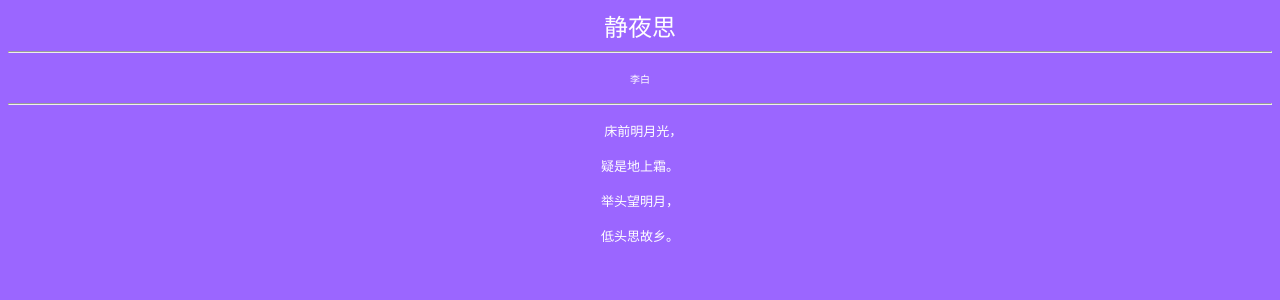
Repository: 13982720426/jsp-homework
Page: JSP实验课作业/JSP实验课1/sy2-4.html
These files come from the project's save history. The page is drawn as it stood at one moment and after the next save; the edit follows.
The browser window is 1280 px wide. The pictures show the whole page.

Above is the page before, as saved 2021-04-21 20:20:48.

### JSP实验课作业/JSP实验课1/sy2-4.html
<!DOCTYPE html>
<html>

<head>
    <meta charset="utf-8" />
    <title></title>
    <style>
        .divcss {
            text-align: center;
            color: "#ffffff"
        }
    </style>
</head>

<body text=black bgcolor='#9b66ff'>
    <div class="divcss">
        <font size="5" color="#ffffff">静夜思</font>
        <hr />
        <p>
            <font size="1" color="#ffffff">李白</font>
            <hr />
        <p>
            <font size="2" color="#ffffff">&nbsp;&nbsp;床前明月光，</font>
        <p>
            <font size="2" color="#ffffff">疑是地上霜。</font>
        <p>
            <font size="2" color="#ffffff">举头望明月，</font>
        <p>
            <font size="2" color="#ffffff">低头思故乡。</font>
    </div>
</body>

</html>

After the next save:
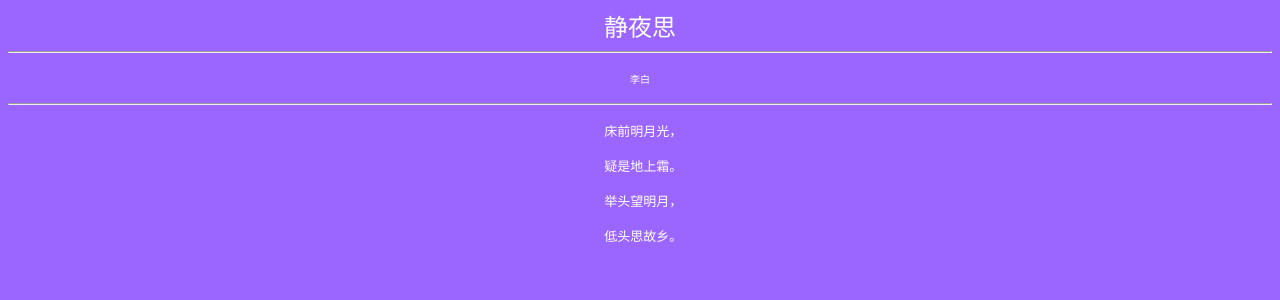
Saved 15 s later.
--- a/JSP实验课作业/JSP实验课1/sy2-4.html
+++ b/JSP实验课作业/JSP实验课1/sy2-4.html
@@ -22,11 +22,11 @@
         <p>
             <font size="2" color="#ffffff">&nbsp;&nbsp;床前明月光，</font>
         <p>
-            <font size="2" color="#ffffff">疑是地上霜。</font>
+            <font size="2" color="#ffffff">&nbsp;&nbsp;疑是地上霜。</font>
         <p>
-            <font size="2" color="#ffffff">举头望明月，</font>
+            <font size="2" color="#ffffff">&nbsp;&nbsp;举头望明月，</font>
         <p>
-            <font size="2" color="#ffffff">低头思故乡。</font>
+            <font size="2" color="#ffffff">&nbsp;&nbsp;低头思故乡。</font>
     </div>
 </body>
 
